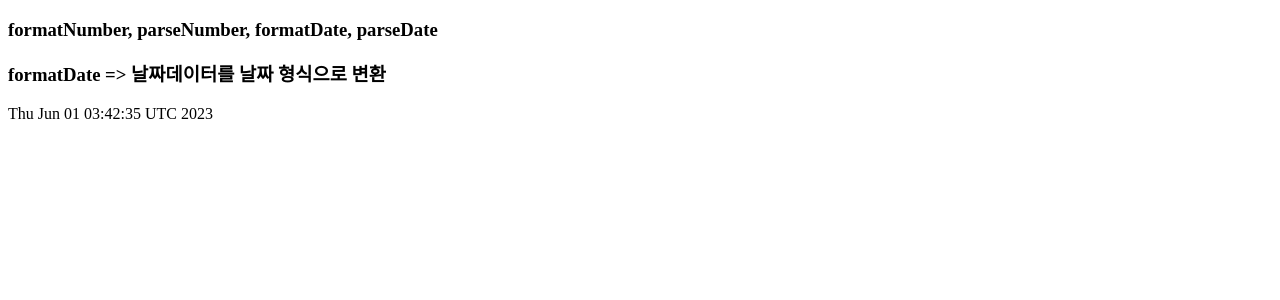
Repository: sun2898/JSP
Page: http://localhost/JSPBasic/JSTL/jstl_fmt.jsp
An editor plug-in stored every save of this project. The page is shown before and after the next save, followed by the edit.
The browser window is 1280 px wide. The pictures show the whole page.
The page is served by Tomcat 9.

Above is the page before, as saved 2023-06-07 06:19:01.

After the next save:
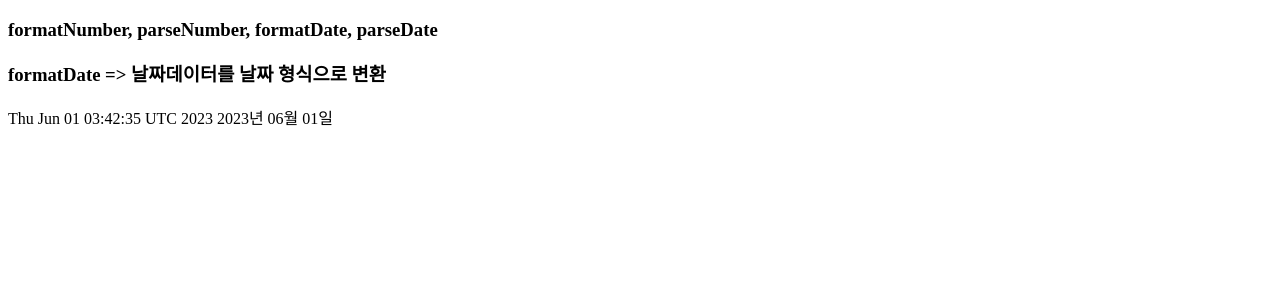
Saved 87 s later.
--- a/JSPBasic/src/main/webapp/JSTL/jstl_fmt.jsp
+++ b/JSPBasic/src/main/webapp/JSTL/jstl_fmt.jsp
@@ -27,8 +27,9 @@
 
 	<c:set var="a" value="<%=new Date() %>"/>
 
-	${a }
+	${a } <!-- Wed Jun 07 15:19:02 KST 2023 -->
 
+	<fmt:formatDate value="${a }" pattern="yyyy년 MM월 dd일"/>
 
 </body>
 </html>
